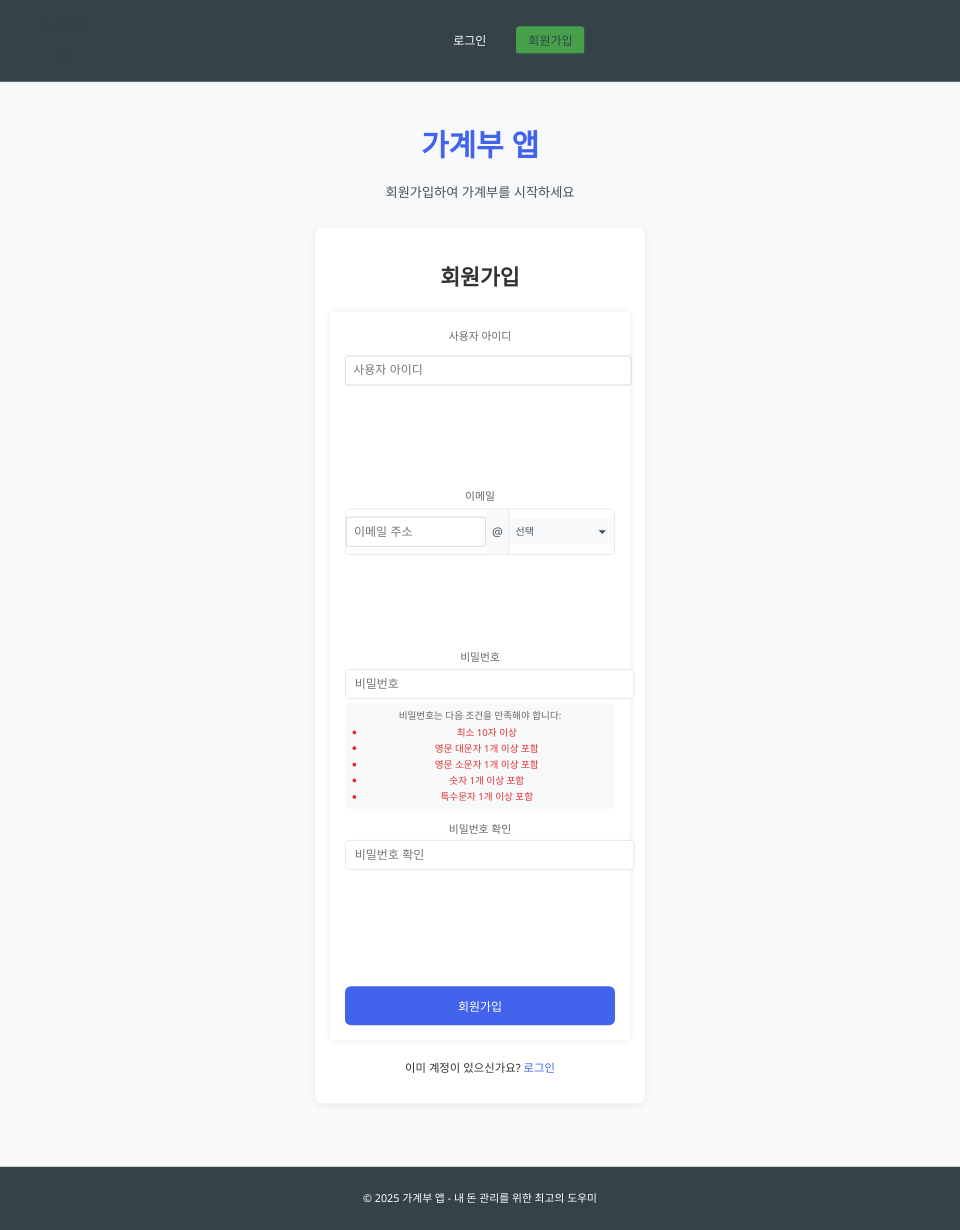
Repository: dldnwls07/Register_Login_Form
Page: /register
An editor plug-in stored every save of this project. The page is shown before and after the next save, followed by the edit.
The browser window is 1280 px wide. The pictures show the whole page, at 75% of full size.
The project was rebuilt for these pictures with package versions that can differ from the ones it lists, and the page was loaded fresh each time. Also part of the build but not shown: src/components/Summary.jsx, src/styles/pages/MainPage.css, src/pages/MainPage.jsx, src/utils/categoryData.js, src/components/CategorySelector.jsx, src/components/EntryForm.jsx, src/components/EntryTable.jsx, src/components/SearchBar.jsx and 15 more.

Above is the page before, as saved 2025-05-23 14:15:04.

After the next save:
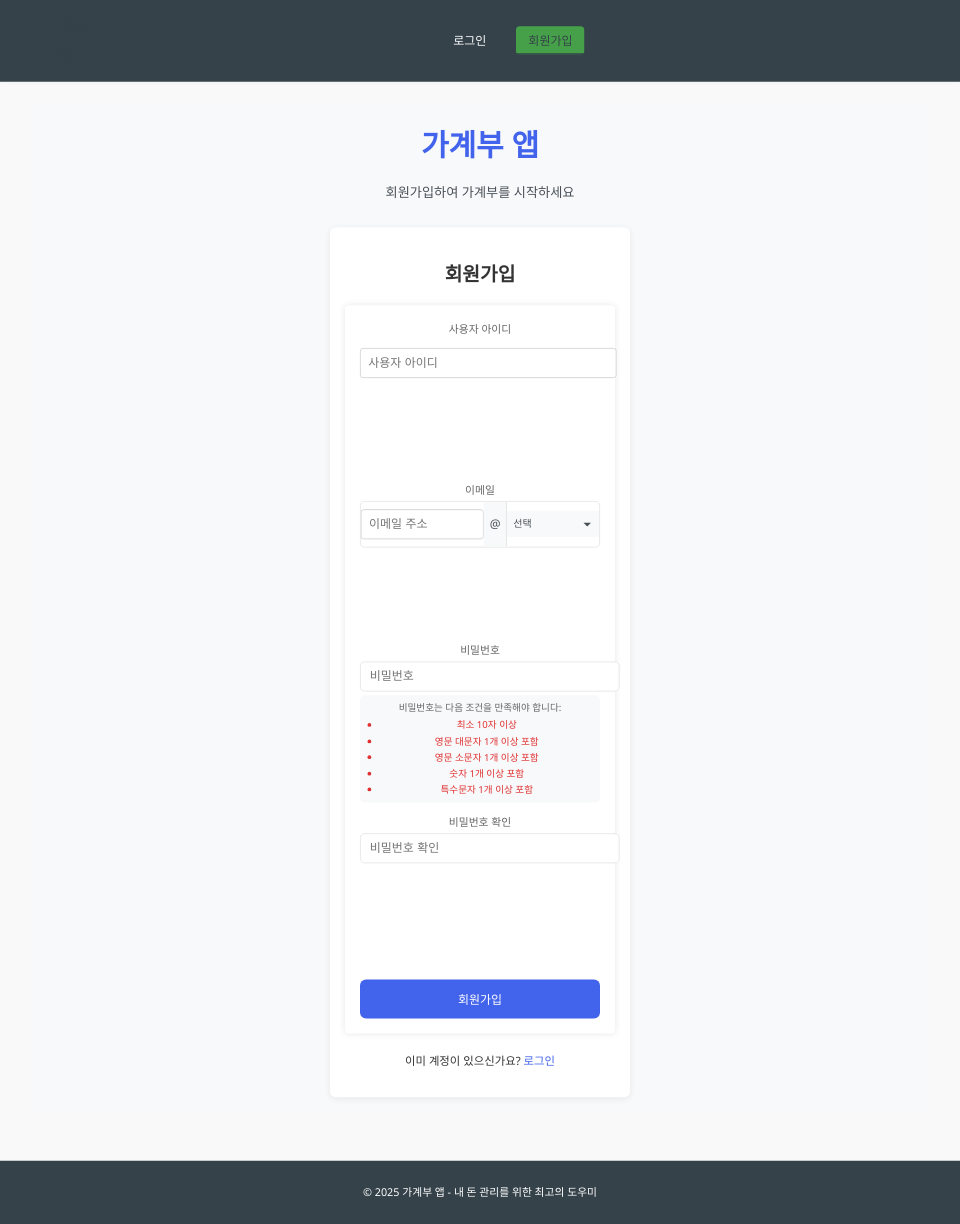
Saved 19 s later.
--- a/src/styles/components/AuthForm.css
+++ b/src/styles/components/AuthForm.css
@@ -1,17 +1,17 @@
 /* 인증 폼 스타일 (로그인/회원가입) */
 
 .auth-form-container {
-  max-width: 400px;
+  max-width: 360px;
   margin: 0 auto;
-  padding: 20px;
+  padding: 22px 20px;
   background-color: #fff;
-  border-radius: 10px;
+  border-radius: 8px;
   box-shadow: 0 2px 10px rgba(0, 0, 0, 0.08);
 }
 
 .auth-title {
-  font-size: 1.8rem;
-  margin-bottom: 24px;
+  font-size: 1.6rem;
+  margin-bottom: 20px;
   color: #333;
   font-weight: 600;
   text-align: center;
